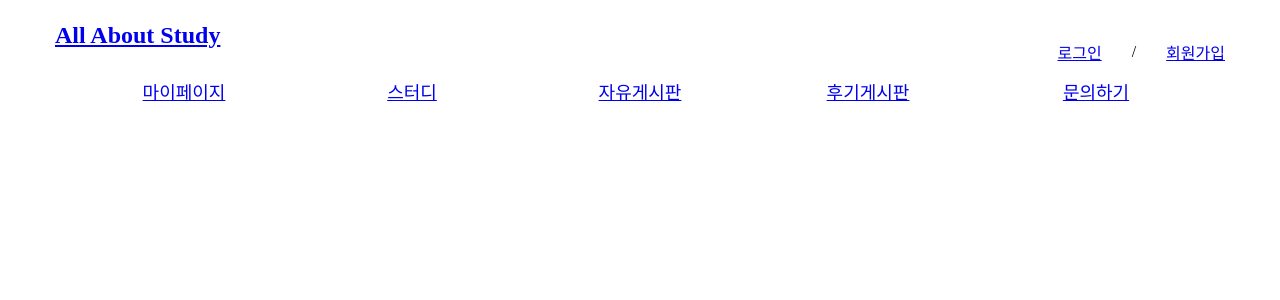
Repository: agheha/trillion
Page: YH/study_project/html/update.html
The author's editor kept a copy of each file at every save. The page is drawn from the files as they stood at one save, then again after the next save.
The browser window is 1280 px wide. The pictures show the whole page.

Above is the page before, as saved 2019-09-06 12:12:19.

After the next save:
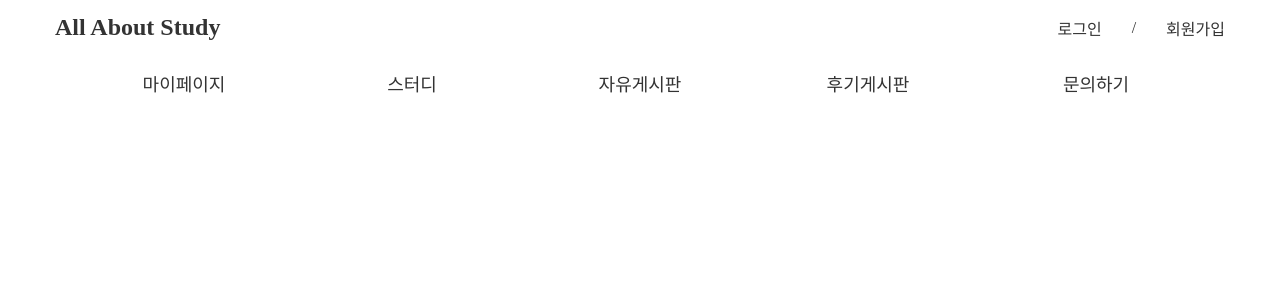
Saved 30 s later.
--- a/YH/study_project/html/update.html
+++ b/YH/study_project/html/update.html
@@ -7,6 +7,7 @@
     <title>Document</title>
     <link rel="stylesheet" href="./../css/header.css">
     <link rel="stylesheet" href="./../css/update.css">
+    <link rel="stylesheet" href="./../css/common.css">
 </head>
 <body>
     <header>
